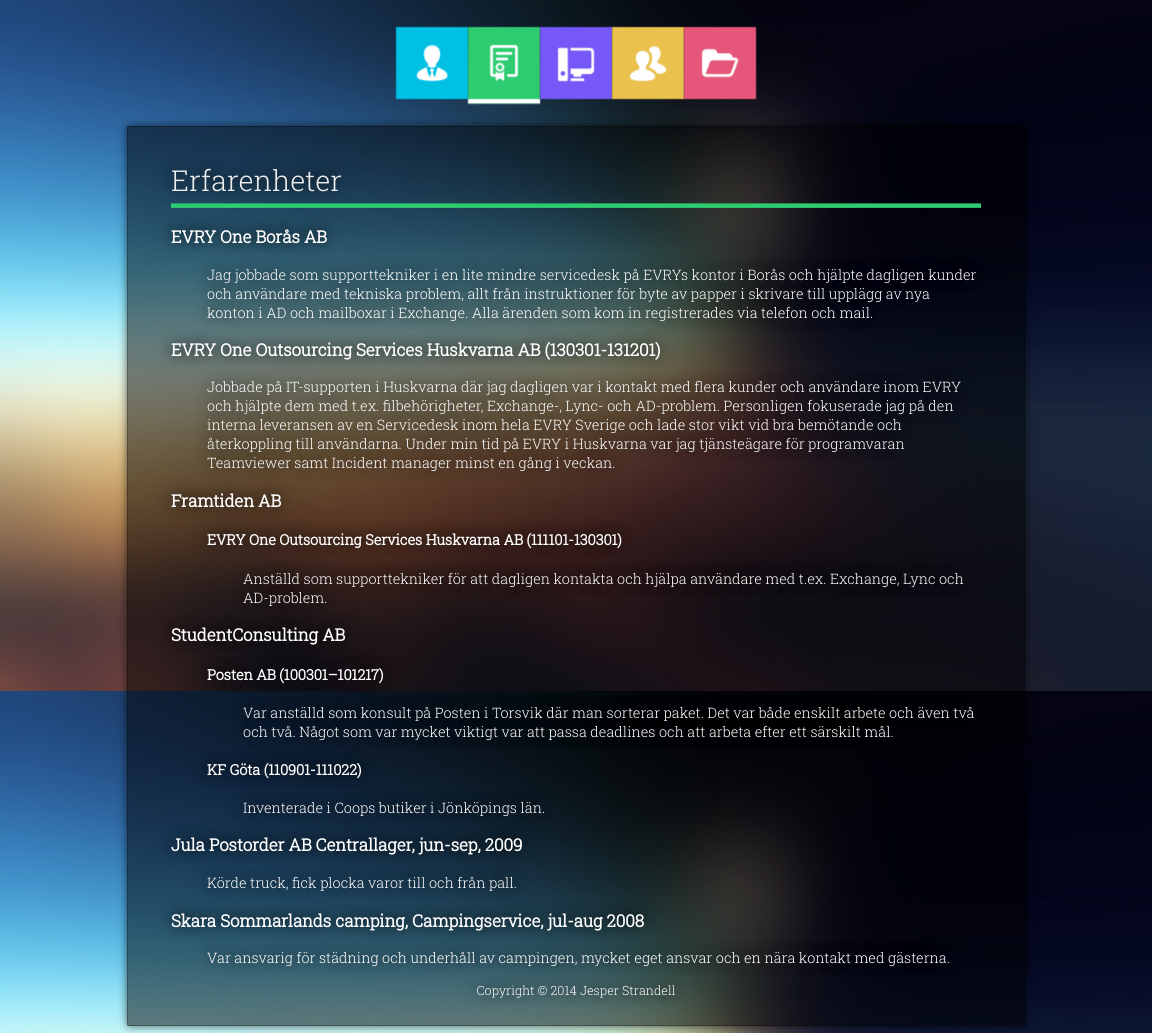
Repository: ja222vv/minipage
Page: pages/experience.html
The author's editor kept a record of every edit. The page is drawn from the files as they stood at one moment, then again after the next edit.
The browser window is 1280 px wide. The pictures show the whole page, at 90% of full size.
Backgrounds fixed to the window are drawn as part of the page.

Above is the page before.
Not found: pages/scripts/script.js

After the next edit:
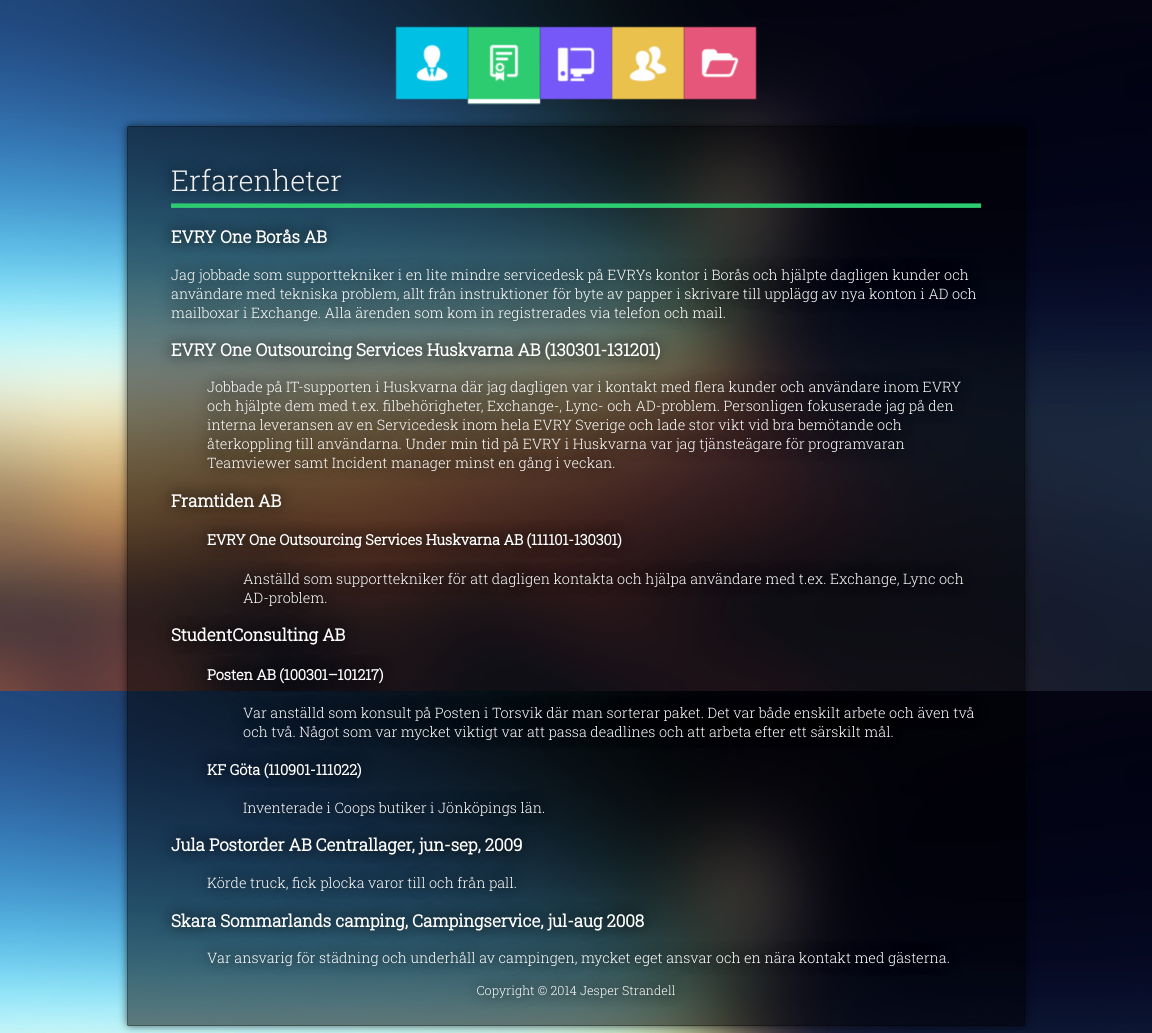
The edit:
--- a/pages/experience.html
+++ b/pages/experience.html
@@ -45,7 +45,7 @@
             </div>
             <div class="subcontent">
                 <h3>EVRY One Borås AB</h3>
-                <ul class="nostyle">
+
                     Jag jobbade som supporttekniker i en lite mindre servicedesk på EVRYs kontor i Borås och hjälpte dagligen kunder och användare med tekniska problem,
                     allt från instruktioner för byte av papper i skrivare till upplägg av nya konton i AD och mailboxar i Exchange. Alla ärenden som kom in registrerades via telefon och mail.
                 </ul>
